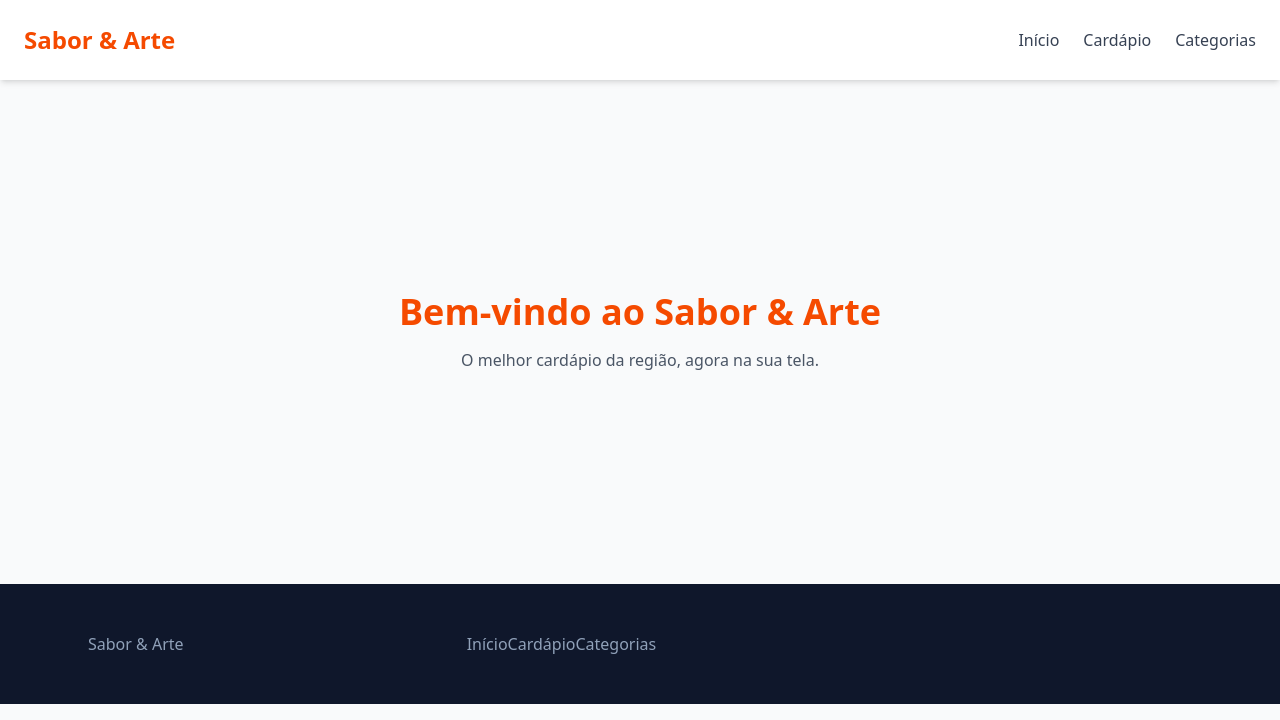
Repository: LuigiBLombardo/Next---Atividade
Page: / (app in sistema-cardapio/)
The author's editor kept a copy of each file at every save. The page is drawn from the files as they stood at one save, then again after a run of saves.
The browser window is 1280 px wide. The pictures show the whole page.
The project was rebuilt for these pictures with package versions that can differ from the ones it lists, and the page was loaded fresh each time. The framework's server and built-in components were replaced by stand-ins that run in the browser. Also part of the build but not shown: sistema-cardapio/next.config.mjs.

Above is the page before, as saved 2026-09-04 19:24:53.

After the next 3 saves:
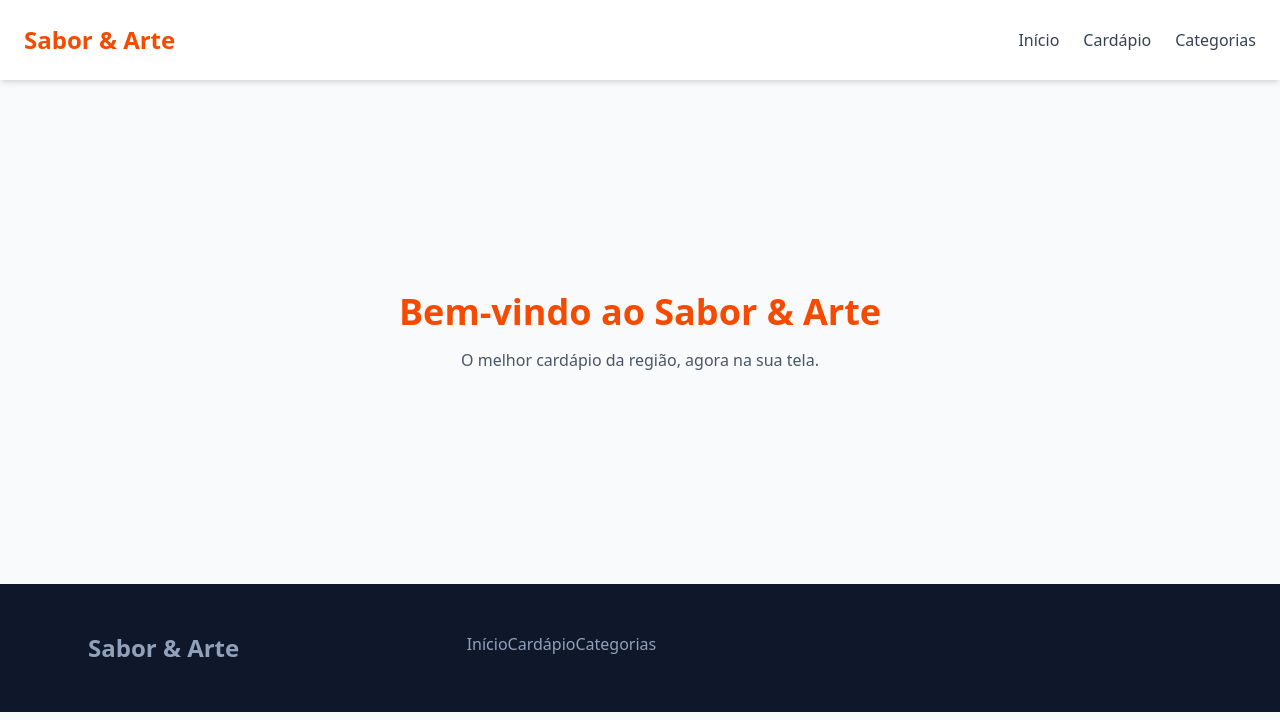
The 3 saves are shown as one change because they came seconds apart.
The last was saved 10 s later.
--- a/sistema-cardapio/src/components/Footer.js
+++ b/sistema-cardapio/src/components/Footer.js
@@ -8,7 +8,7 @@ export default function Footer(){
 
                 <div>
 
-                    <h2 className="text">
+                    <h2 className="text-2xl font-bold ">
                         Sabor & Arte
                     </h2>
 
